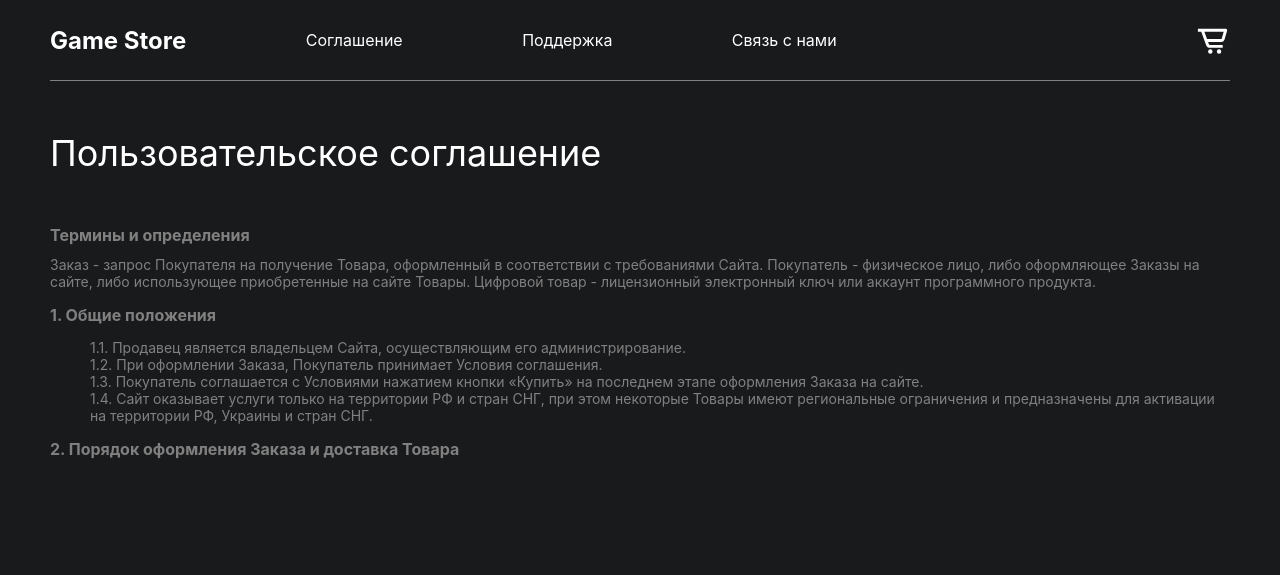
Repository: Minkeani/GameStore
Page: /agreement
These files come from the project's save history. The page is drawn as it stood at one moment and after the next save; the edit follows.
The browser window is 1280 px wide. The pictures show the whole page.
The project was rebuilt for these pictures with package versions that can differ from the ones it lists, and the page was loaded fresh each time. Also part of the build but not shown: src/components/ItemsInCart/ItemsInCart.css, src/components/ItemsInCart/ItemsInCart.jsx, src/components/CartMenu/CartMenu.css, src/components/Btn/Btn.css, src/components/Btn/Btn.jsx, src/components/CartItem/CartItem.css, src/components/CartItem/CartItem.jsx, src/components/utils/utils.js and 17 more.

Above is the page before, as saved 2022-09-11 10:41:56.

After the next save:
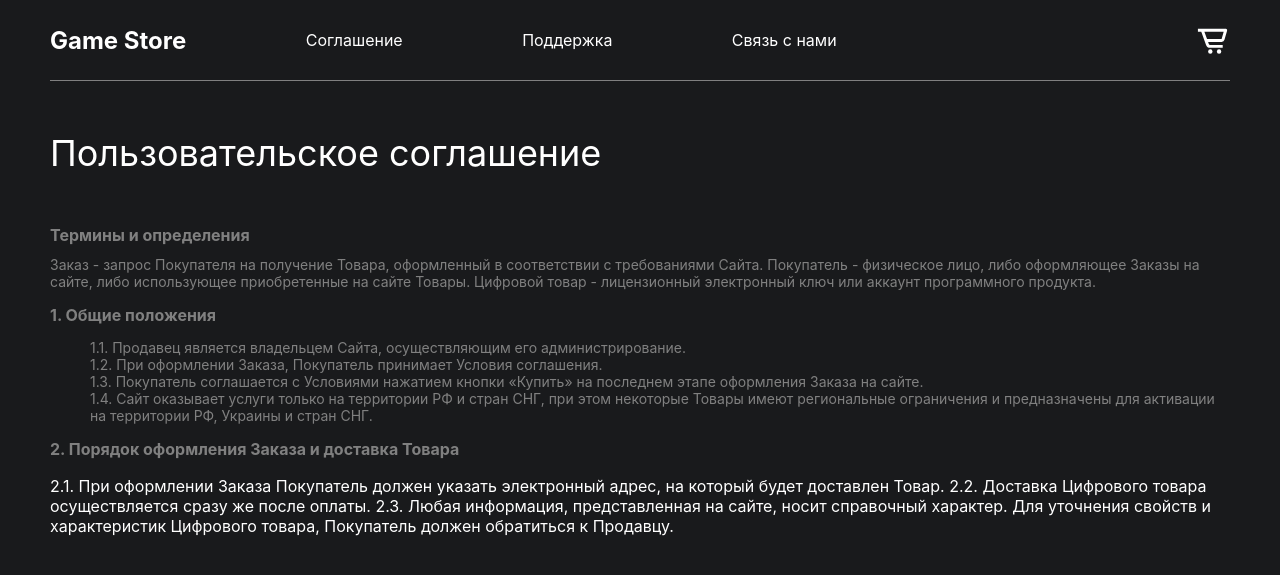
Saved 30 s later.
--- a/src/components/Agreement/Agreement.jsx
+++ b/src/components/Agreement/Agreement.jsx
@@ -38,6 +38,11 @@ const Agreement = () => {
         </ul>
       </P>
       <Title>2. Порядок оформления Заказа и доставка Товара</Title>
+      <p>2.1. При оформлении Заказа Покупатель должен указать электронный адрес, на который будет доставлен Товар.
+
+2.2. Доставка Цифрового товара осуществляется сразу же после оплаты.
+
+2.3. Любая информация, представленная на сайте, носит справочный характер. Для уточнения свойств и характеристик Цифрового товара, Покупатель должен обратиться к Продавцу.</p>
     </div>
   );
 };
